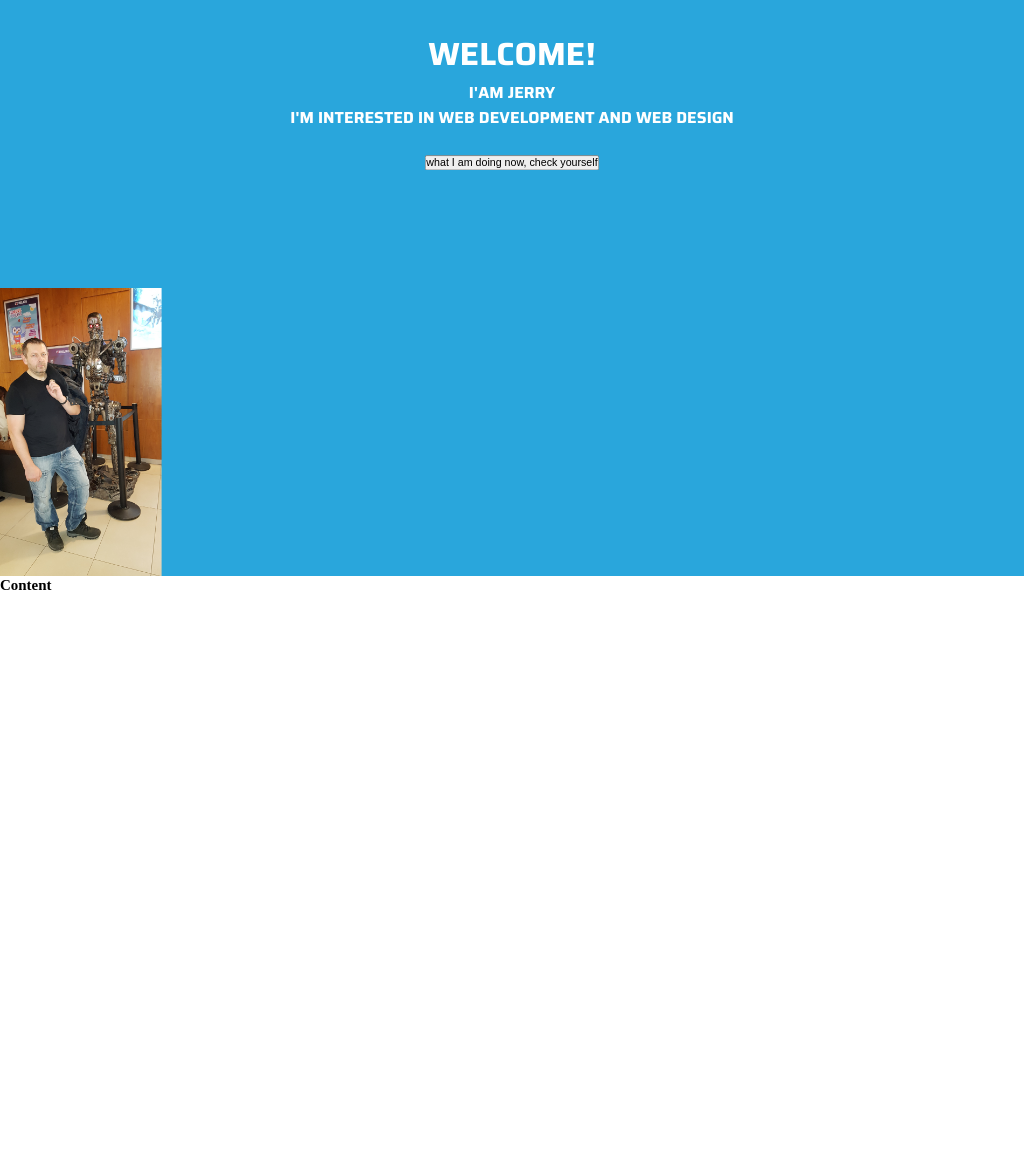
Repository: navanweb/dev
Page: jerry.html
An editor plug-in stored every save of this project. The page is shown before and after the next save, followed by the edit.
The browser window is 1280 px wide. The pictures show the whole page, at 80% of full size.

Above is the page before, as saved 2019-04-06 18:48:46.

### jerry.html
<!DOCTYPE html>
<html>

<head>
  <meta charset="UTF-8">
  <meta name="viewport" content="width=device-width, initial-scale=1.0">
  <meta http-equiv="X-UA-Compatible" content="ie=edge">
  <title>Jerry</title>
  <link href="https://fonts.googleapis.com/css?family=Saira:400,700" rel="stylesheet">
  <link rel="stylesheet" type="text/css" href="css/jerry.css">
</head>

<body>
  <header>
    <div class="welcome">
      <p>welcome!</p>
      <h1>I'am Jerry</h1>
      <h2>I'm interested in web development and web design</h2>
      <button>what I am doing now, check yourself</button>
    </div>
    <img src="images/jerry.jpg" alt="Jerry photo PCWitcher">
  </header>
  <h3>Content</h3>
</body>

</html>

### css/jerry.css
/* font-family: 'Saira', sans-serif; */

* {
    margin: 0;
    padding: 0;
    box-sizing: border-box;
}

header {
    position: relative;
    background-color: #29a6dc;
    height: 100vh;
    /* overflow: hidden; */
    /* max-width: 1920px; */
    /* margin: 0 auto; */
}

header>* {
    position: absolute;
}

header img {
    height: 50%;
    bottom: 0;
    /* right: 0; */
}

header .welcome {
    top: 5%;
    left: 5%;
    right: 5%;
}

header div {
    text-align: center;
    font-family: 'Saira', sans-serif;
    font-weight: bold;
    font-size: 40px;
    color: white;
    text-transform: uppercase;
}

header h1 {
    font-size: 20px;
}

header h2 {
    font-size: 20px;
    font-weight: regular;
}

h3 {
    height: 100vh;
}

After the next save:
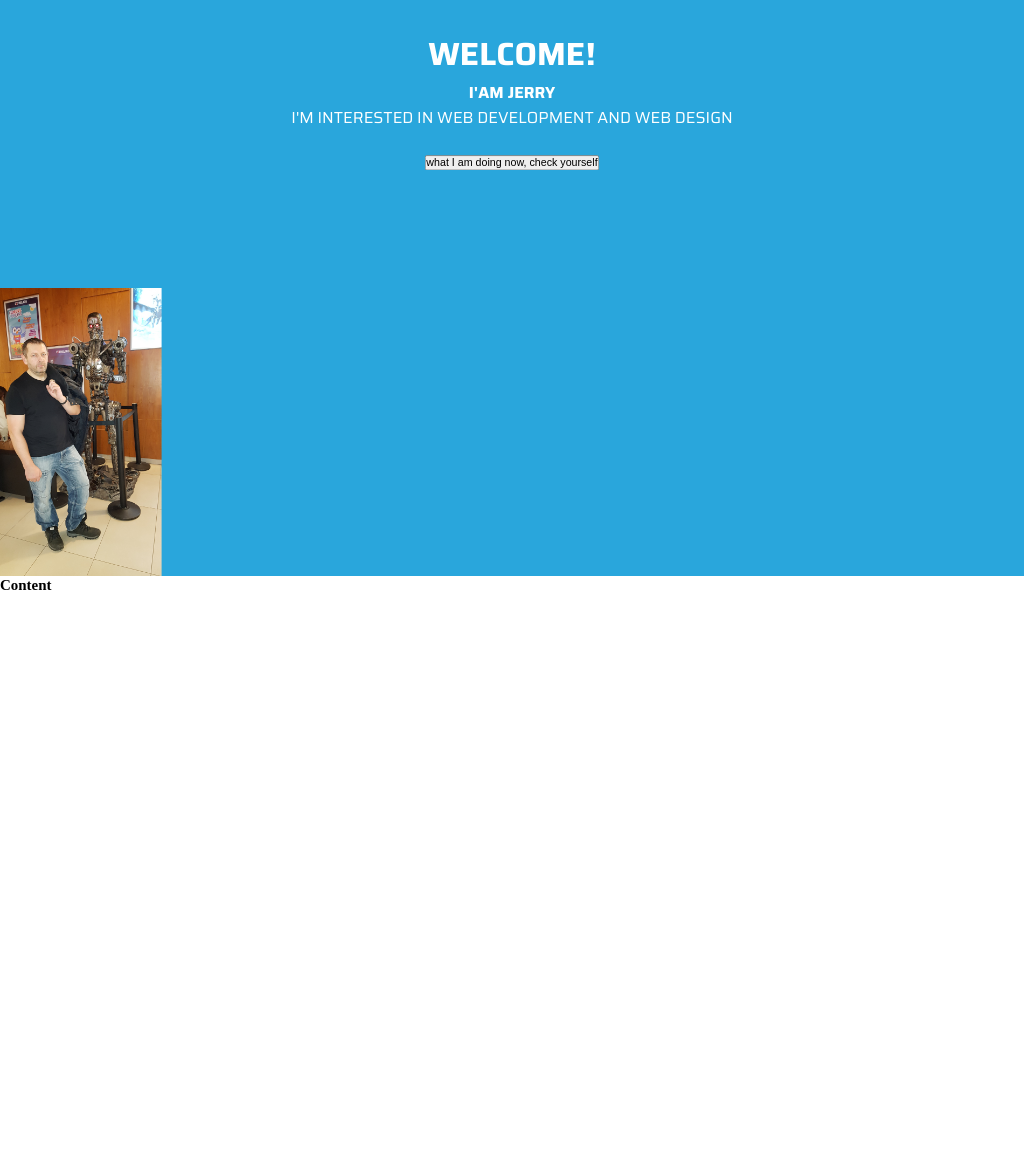
Saved 69 s later.
--- a/css/jerry.css
+++ b/css/jerry.css
@@ -46,7 +46,7 @@
 
 header h2 {
     font-size: 20px;
-    font-weight: regular;
+    font-weight: 400;
 }
 
 h3 {
